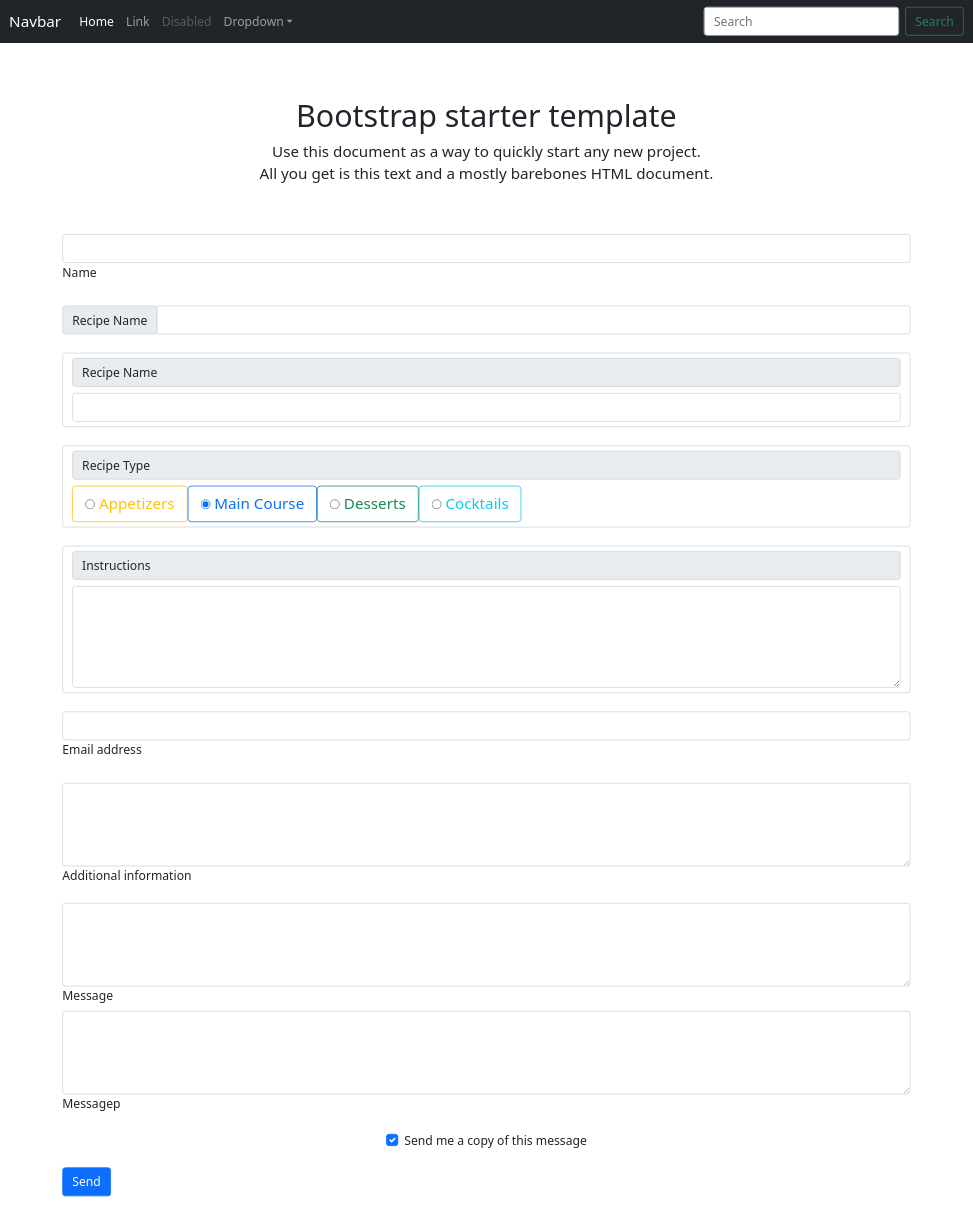
Repository: jerrywthompson/createRecipeWebpageHTML
Page: index.html
The author's editor kept a copy of each file at every save. The page is drawn from the files as they stood at one save, then again after the next save.
The browser window is 1280 px wide. The pictures show the whole page, at 76% of full size.

Above is the page before, as saved 2021-02-23 22:47:42.

### index.html
<!doctype html>
<html lang="en">
    <head>
        <meta charset="utf-8">
        <meta name="viewport" content="width=device-width, initial-scale=1">
        <meta name="description" content="">
        <meta name="author" content="Mark Otto, Jacob Thornton, and Bootstrap contributors">
        <meta name="generator" content="Hugo 0.80.0">
        <title>Starter Template · Bootstrap v5.0</title>

        <link rel="canonical" href="https://getbootstrap.com/docs/5.0/examples/starter-template/">



        <!-- Bootstrap core CSS -->
        <link href="../assets/dist/css/bootstrap.min.css" rel="stylesheet">

        <style>
            .bd-placeholder-img {
                font-size: 1.125rem;
                text-anchor: middle;
                -webkit-user-select: none;
                -moz-user-select: none;
                user-select: none;
            }

            @media (min-width: 768px) {
                .bd-placeholder-img-lg {
                    font-size: 3.5rem;
                }
            }
        </style>


        <!-- Custom styles for this template -->
        <link href="starter-template.css" rel="stylesheet">
    </head>
    <body>

        <nav class="navbar navbar-expand-md navbar-dark bg-dark fixed-top">
            <div class="container-fluid">
                <a class="navbar-brand" href="#">Navbar</a>
                <button class="navbar-toggler" type="button" data-bs-toggle="collapse" data-bs-target="#navbarsExampleDefault" aria-controls="navbarsExampleDefault" aria-expanded="false" aria-label="Toggle navigation">
                    <span class="navbar-toggler-icon"></span>
                </button>

                <div class="collapse navbar-collapse" id="navbarsExampleDefault">
                    <ul class="navbar-nav me-auto mb-2 mb-md-0">
                        <li class="nav-item">
                            <a class="nav-link active" aria-current="page" href="#">Home</a>
                        </li>
                        <li class="nav-item">
                            <a class="nav-link" href="#">Link</a>
                        </li>
                        <li class="nav-item">
                            <a class="nav-link disabled" href="#" tabindex="-1" aria-disabled="true">Disabled</a>
                        </li>
                        <li class="nav-item dropdown">
                            <a class="nav-link dropdown-toggle" href="#" id="dropdown01" data-bs-toggle="dropdown" aria-expanded="false">Dropdown</a>
                            <ul class="dropdown-menu" aria-labelledby="dropdown01">
                                <li><a class="dropdown-item" href="#">Action</a></li>
                                <li><a class="dropdown-item" href="#">Another action</a></li>
                                <li><a class="dropdown-item" href="#">Something else here</a></li>
                            </ul>
                        </li>
                    </ul>
                    <form class="d-flex">
                        <input class="form-control me-2" type="search" placeholder="Search" aria-label="Search">
                        <button class="btn btn-outline-success" type="submit">Search</button>
                    </form>
                </div>
            </div>
        </nav>



        <div class="starter-template text-center py-5 px-3">
            <h1>Bootstrap starter template</h1>
            <p class="lead">Use this document as a way to quickly start any new project.<br> All you get is this text and a mostly barebones HTML document.</p>
        </div>
        <main class="container">
            <div class="input-section">
                <fieldset class="form-group">

                    <form action="test.php" method="post">
                        <!-- Name input -->
                        <div class="form-outline mb-4">
                            <input type="text" name="recipeName" id="form4Example1" class="form-control" />
                            <label class="form-label" for="form4Example1">Name</label>
                        </div>

                        <div class="input-group mb-4">
                            <div class="input-group-prepend">
                                <span class="input-group-text" id="inputGroup-sizing-default">Recipe Name</span>
                            </div>
                            <input type="text" name="notes" class="form-control" aria-label="Default" aria-describedby="inputGroup-sizing-default">
                        </div>

                        <div class="form-control mb-4">
                            <div class="input-group-prepend mb-2">
                                <span class="input-group-text" id="inputGroup-sizing-default">Recipe Name</span>
                            </div>
                            <input type="text" name="notes" class="form-control" aria-label="Default" aria-describedby="inputGroup-sizing-default">
                        </div>

                        <div class="form-control mb-4">
                            <div class="input-group-prepend mb-2">
                                <span class="input-group-text" id="inputGroup-sizing-default">Recipe Type</span>
                            </div>
                            <div class="btn-toolbar">
                                <label class="btn btn-outline-warning btn-lg mr-5">
                                    <input type="radio" name="recipeType" id="appetizers" value="appetizers" autocomplete="off" > Appetizers
                                </label>
                                <label class="btn btn-outline-primary btn-lg ml-3">
                                    <input type="radio" name="recipeType" id="main_course" value="main_course" autocomplete="off" checked> Main Course
                                </label>
                                <label class="btn btn-outline-success btn-lg">
                                    <input type="radio" name="recipeType" id="desserts" value="desserts" autocomplete="off"> Desserts
                                </label>
                                <label class="btn btn-outline-info btn-lg">
                                    <input type="radio" name="recipeType" id="cocktails" value="cocktails" autocomplete="off"> Cocktails
                                </label>
                            </div>
                        </div>

                        <div class="form-control mb-4">
                            <div class="input-group-prepend mb-2">
                                <span class="input-group-text">Instructions</span>
                            </div>
                            <textarea class="form-control" name="instrucions" id="instrucions" rows="5"></textarea>
                        </div>

                        <!-- Email input -->
                        <div class="form-outline mb-4">
                            <input type="email" id="form4Example2" class="form-control" />
                            <label class="form-label" for="form4Example2">Email address</label>
                        </div>

                        <div class="form-outline mb-4">
                            <textarea class="form-control" id="form6Example7" rows="4"></textarea>
                            <label class="form-label-prepend" >Additional information</label>
                        </div>

                        <div class="form-outline">
                            <textarea class="form-control" id="textAreaExample" rows="4"></textarea>
                            <label class="form-label" for="textAreaExample">Message</label>
                          </div>

                        <!-- Message input -->
                        <div class="form-outline mb-4">
                            <textarea class="form-control" name="comments" id="form4Example3" rows="4"></textarea>
                            <label class="form-label-prepend" for="form4Example3">Messagep</label>
                        </div>

                        <!-- Checkbox -->
                        <div class="form-check d-flex justify-content-center mb-4">
                            <input
                                class="form-check-input me-2"
                                type="checkbox"
                                value=""
                                id="form4Example4"
                                checked
                                />
                            <label class="form-check-label" for="form4Example4">
                                Send me a copy of this message
                            </label>
                        </div>

                        <!-- Submit button -->
                        <button type="submit" class="btn btn-primary btn-block mb-4">Send</button>
                    </form>






                    <script src="../assets/dist/js/bootstrap.bundle.min.js"></script>


                    </body>
                    </html>
                    <a href="../flask_db4/flaskblog/templates/create_post.html"></a>

Loaded but not shown: assets/dist/css/bootstrap.min.css (library); starter-template.css (common file); assets/dist/js/bootstrap.bundle.min.js (library)

After the next save:
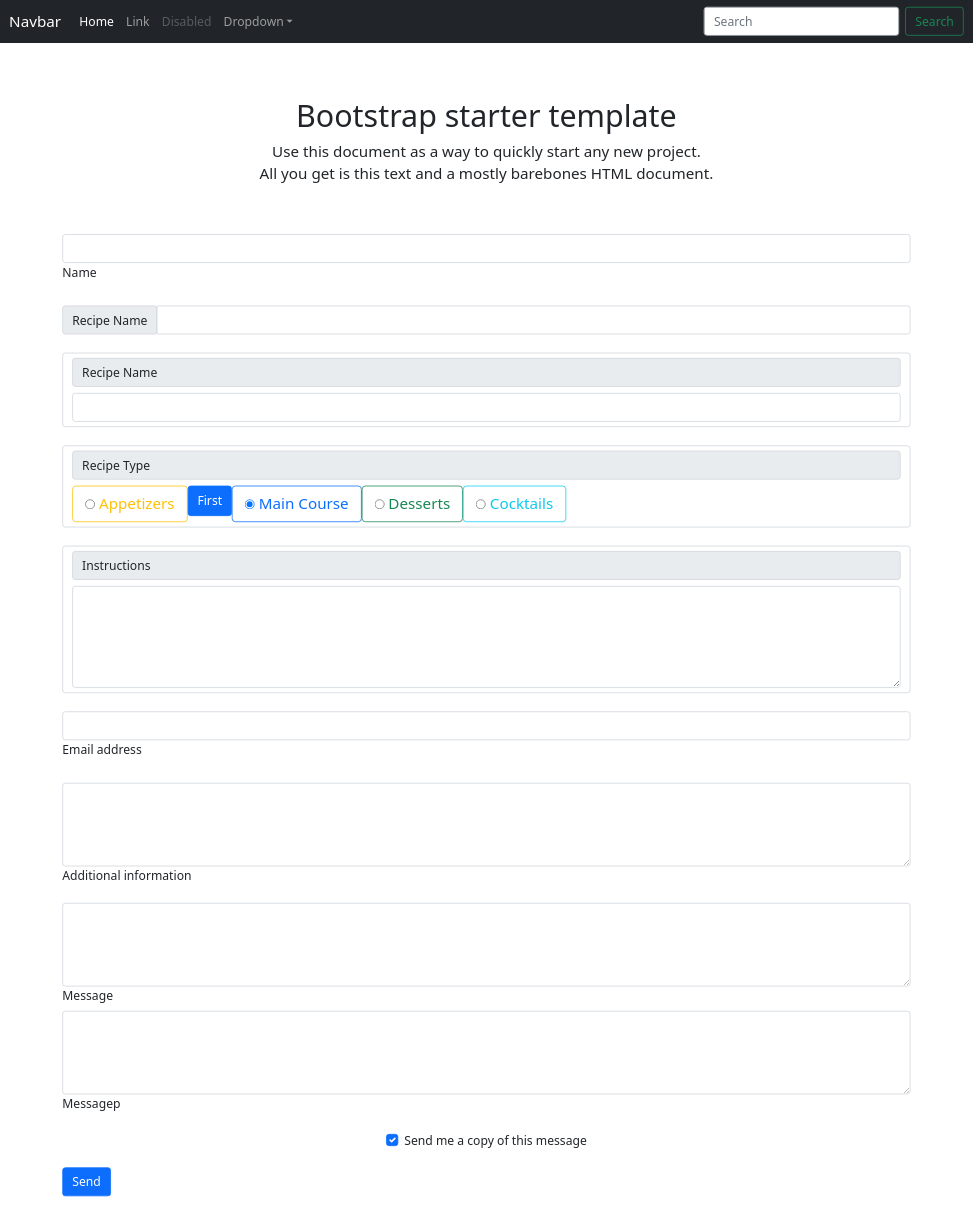
Saved 100 s later.
--- a/index.html
+++ b/index.html
@@ -108,9 +108,10 @@
                                 <span class="input-group-text" id="inputGroup-sizing-default">Recipe Type</span>
                             </div>
                             <div class="btn-toolbar">
-                                <label class="btn btn-outline-warning btn-lg mr-5">
+                                <label class="btn btn-outline-warning btn-lg">
                                     <input type="radio" name="recipeType" id="appetizers" value="appetizers" autocomplete="off" > Appetizers
                                 </label>
+                                <button type="button" class="btn btn-primary mr-2 mb-2">First</button>
                                 <label class="btn btn-outline-primary btn-lg ml-3">
                                     <input type="radio" name="recipeType" id="main_course" value="main_course" autocomplete="off" checked> Main Course
                                 </label>
